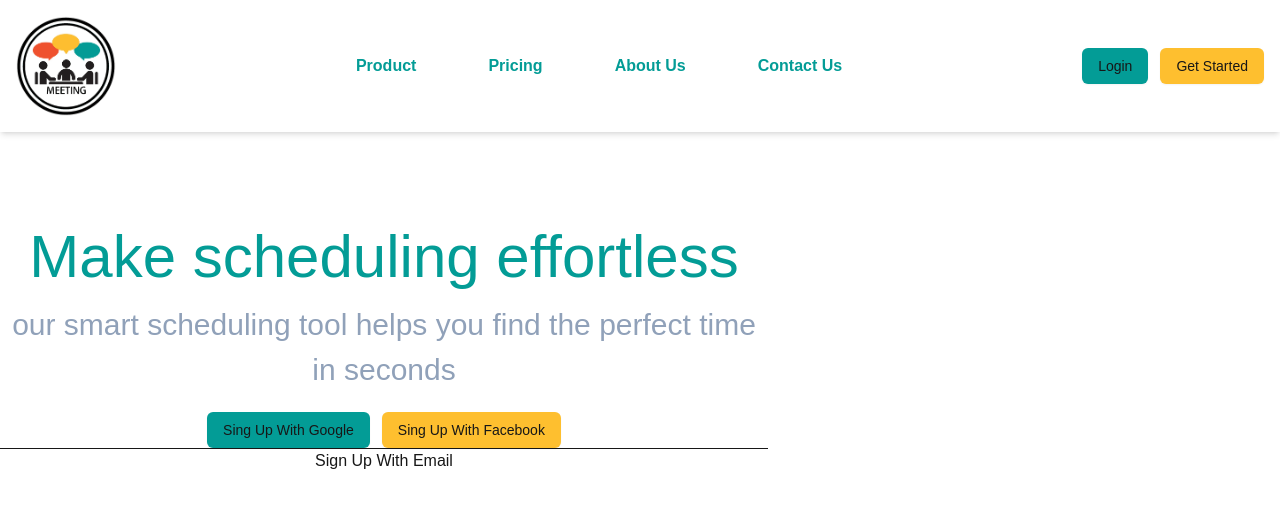
Repository: walaa-horani/scheduleMeetingNextjs
Page: /
An editor plug-in stored every save of this project. The page is shown before and after the next save, followed by the edit.
The browser window is 1280 px wide. The pictures show the whole page.
The project was rebuilt for these pictures with package versions that can differ from the ones it lists, and the page was loaded fresh each time. The framework's server and built-in components were replaced by stand-ins that run in the browser. Also part of the build but not shown: next.config.mjs.

Above is the page before, as saved 2025-05-21 22:33:26.

### app/page.js
import Image from "next/image";
import Header from "./_components/Header";
export default function Home() {
  return (
    <div >
      <Header/>
    </div>
  );
}

### app/_components/Header.js
import React from 'react'
import Image from 'next/image'
import { Button } from '@/components/ui/button'
import Link from 'next/link'
function Header() {
  return (
    <div>
        <div className='flex justify-between items-center p-4 shadow-md'>
            <Image className='w-[70px] md:w-[100px]' width={70} height={70} alt='logo' src="/logo.png"/>

            <ul className=' hidden text-[#039C96] font-bold  md:flex gap-14'>
                <li className= 'hover:bg-[#d0efee] transition-all duration-300 p-2 cursor-pointer'>Product</li>
                 <li className= 'hover:bg-[#d0efee] transition-all duration-300 p-2 cursor-pointer'>Pricing</li>
                  <li className= 'hover:bg-[#d0efee] transition-all duration-300 p-2 cursor-pointer'>About Us</li>
                   <li className= 'hover:bg-[#d0efee] transition-all duration-300 p-2 cursor-pointer'>Contact Us</li>
            </ul>

            <div >
                <Button className="bg-[#039C96] mr-3 cursor-pointer">Login</Button>
                 <Button className="bg-[#FEBF2F] cursor-pointer">Get Started</Button>
            </div>
        </div>

        <div className='text-center mt-20 max-w-3xl '>
          <h1 className=' text-[40px] md:text-[60px] text-[#039C96]'>Make scheduling effortless</h1>
          <h1 className='text-[30px] text-slate-400'> our smart scheduling tool helps you find the perfect time in seconds </h1>


            <div className='mt-5'>
                <Button className="bg-[#039C96] mr-3 cursor-pointer">Sing Up With Google</Button>
                 <Button className="bg-[#FEBF2F] cursor-pointer">Sing Up With Facebook</Button>
            </div>
            <hr/>
            <h2><Link href="" className="text-primary">Sign Up With Email</Link> </h2>
        </div>
    </div>
  )
}

export default Header

### components/ui/button.jsx
import * as React from "react"
import { Slot } from "@radix-ui/react-slot"
import { cva } from "class-variance-authority";

import { cn } from "@/lib/utils"

const buttonVariants = cva(
  "inline-flex items-center justify-center gap-2 whitespace-nowrap rounded-md text-sm font-medium transition-all disabled:pointer-events-none disabled:opacity-50 [&_svg]:pointer-events-none [&_svg:not([class*='size-'])]:size-4 shrink-0 [&_svg]:shrink-0 outline-none focus-visible:border-ring focus-visible:ring-ring/50 focus-visible:ring-[3px] aria-invalid:ring-destructive/20 dark:aria-invalid:ring-destructive/40 aria-invalid:border-destructive",
  {
    variants: {
      variant: {
        default:
          "bg-[#039C96] text-primary-foreground shadow-xs hover:bg-primary/90",
        destructive:
          "bg-destructive text-white shadow-xs hover:bg-destructive/90 focus-visible:ring-destructive/20 dark:focus-visible:ring-destructive/40 dark:bg-destructive/60",
        outline:
          "border bg-background shadow-xs hover:bg-accent hover:text-accent-foreground dark:bg-input/30 dark:border-input dark:hover:bg-input/50",
        secondary:
          "bg-secondary text-secondary-foreground shadow-xs hover:bg-secondary/80",
        ghost:
          "hover:bg-accent hover:text-accent-foreground dark:hover:bg-accent/50",
        link: "text-primary underline-offset-4 hover:underline",
      },
      size: {
        default: "h-9 px-4 py-2 has-[>svg]:px-3",
        sm: "h-8 rounded-md gap-1.5 px-3 has-[>svg]:px-2.5",
        lg: "h-10 rounded-md px-6 has-[>svg]:px-4",
        icon: "size-9",
      },
    },
    defaultVariants: {
      variant: "default",
      size: "default",
    },
  }
)

function Button({
  className,
  variant,
  size,
  asChild = false,
  ...props
}) {
  const Comp = asChild ? Slot : "button"

  return (
    <Comp
      data-slot="button"
      className={cn(buttonVariants({ variant, size, className }))}
      {...props} />
  );
}

export { Button, buttonVariants }

Loaded but not shown: app/layout.js (common file); app/globals.css (common file); lib/utils.js (common file)

After the next save:
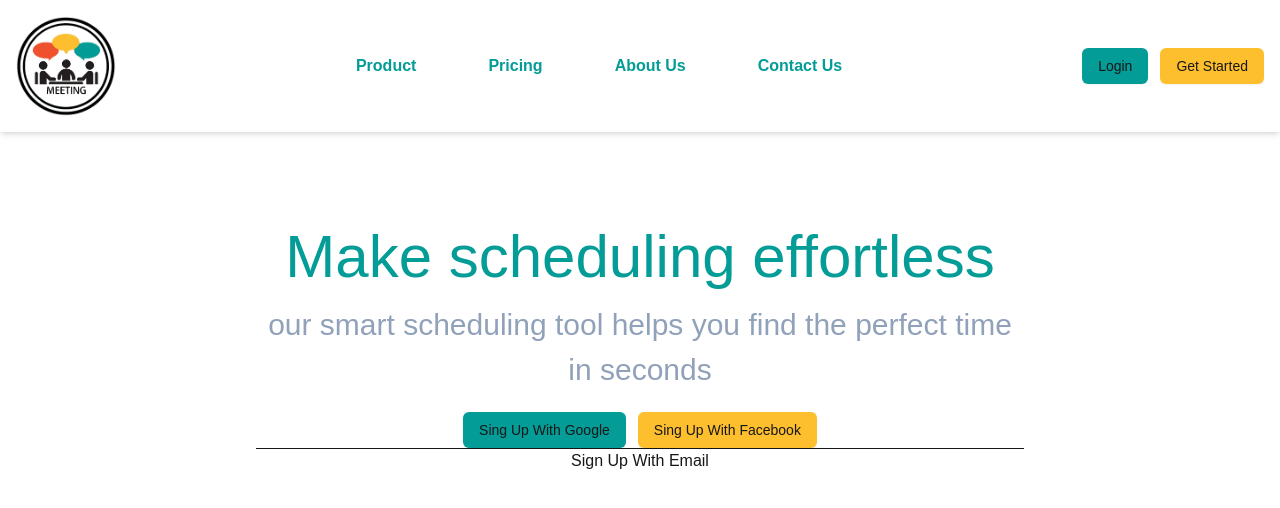
Saved 12 s later.
--- a/app/_components/Header.js
+++ b/app/_components/Header.js
@@ -21,7 +21,7 @@
             </div>
         </div>
 
-        <div className='text-center mt-20 max-w-3xl '>
+        <div className='text-center mt-20 max-w-3xl m-auto'>
           <h1 className=' text-[40px] md:text-[60px] text-[#039C96]'>Make scheduling effortless</h1>
           <h1 className='text-[30px] text-slate-400'> our smart scheduling tool helps you find the perfect time in seconds </h1>
 
